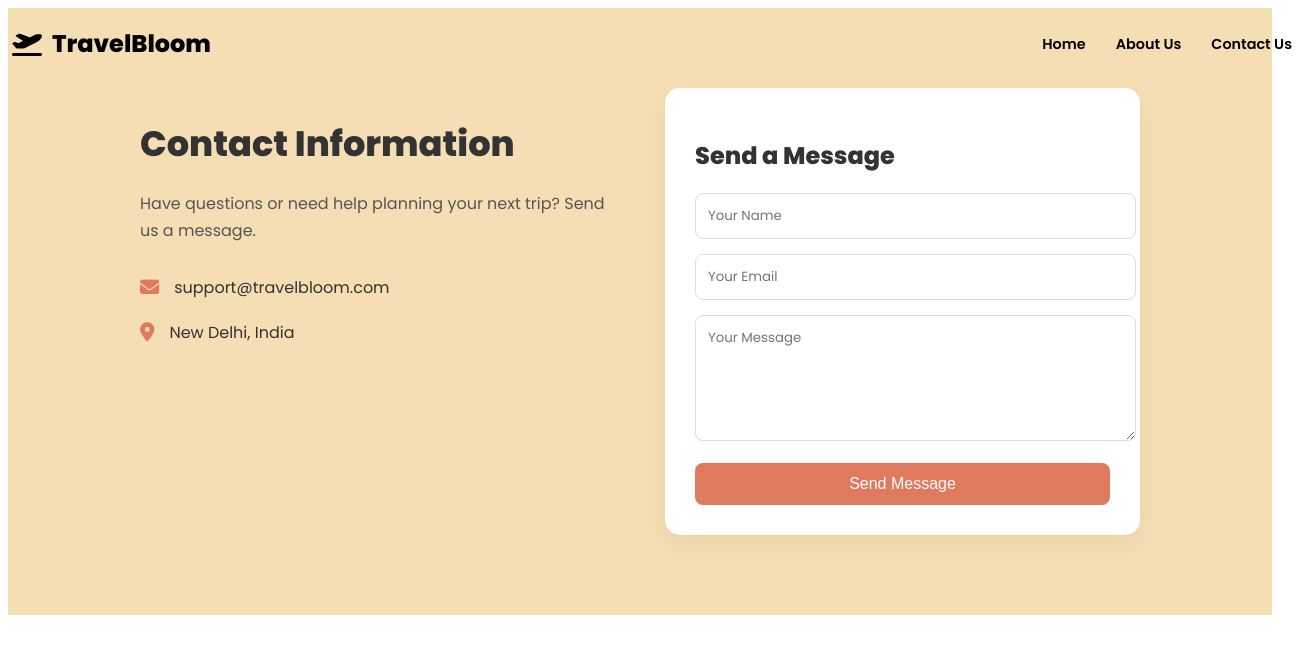
Repository: LatikaAdhikari064/TravelBloom_Project
Page: contact.html
The author's editor kept a copy of each file at every save. The page is drawn from the files as they stood at one save, then again after the next save.
The browser window is 1280 px wide. The page is 1296 px wide, then 1308 px, so the pictures cover 1308 px, including what lies to the right of the window. The pictures show the whole page.

Above is the page before, as saved 2026-01-08 20:54:53.

### contact.html
<!DOCTYPE html>
<html lang="en">
<head>
    <meta charset="UTF-8">
    <meta name="viewport" content="width=device-width, initial-scale=1.0">
    <title>Contact Us - TravelBloom</title>

    <!-- Fonts & Icons -->
    <link href="https://fonts.googleapis.com/css2?family=Poppins:wght@300;400;600;800&display=swap" rel="stylesheet">
    <link rel="stylesheet" href="https://cdnjs.cloudflare.com/ajax/libs/font-awesome/6.4.0/css/all.min.css">

    <!-- CSS -->
    <link rel="stylesheet" href="contact.css">
</head>
<body>

    <nav class="navbar">
        <div class="logo">
            <i class="fas fa-plane-departure"></i> TravelBloom
        </div>
        <ul class="nav-links">
            <li><a href="/">Home</a></li>
            <li><a href="about.html">About Us</a></li>
            <li><a href="contact.html">Contact Us</a></li>
        </ul>
    </nav>
    <!-- CONTACT SECTION -->
    <section class="contact-section">
        <div class="contact-container">

            <!-- INFO -->
            <div class="contact-info">
                <h2>Contact Information</h2>
                <p>Have questions or need help planning your next trip? Send us a message.</p>

                <div class="info-item">
                    <i class="fas fa-envelope"></i>
                    <span>support@travelbloom.com</span>
                </div>

                <div class="info-item">
                    <i class="fas fa-map-marker-alt"></i>
                    <span>New Delhi, India</span>
                </div>
            </div>

            <!-- FORM -->
            <form class="contact-form">
                <h2>Send a Message</h2>

                <input type="text" placeholder="Your Name" required>
                <input type="email" placeholder="Your Email" required>
                <textarea placeholder="Your Message" rows="5" required></textarea>

                <button type="submit">Send Message</button>
            </form>

        </div>
    </section>

</body>
</html>

### contact.css
/* --- CONTACT PAGE STYLES --- */

body {
    font-family: 'Poppins', sans-serif;
}
/* --- Navigation Bar --- */
.navbar {
    position: absolute; /* Sits transparently over the hero image */
    top: 0;
    width: 100%;
    display: flex;
    justify-content: space-between;
    align-items: center;
    padding: 15px 4px;
    z-index: 100; /* Ensures nav is above everything */
    color: rgb(2, 2, 2);
}

.logo {
    font-size: 1.5rem;
    font-weight: 800;
    display: flex;
    align-items: center;
    gap: 10px;
}

.nav-links {
    list-style: none;
    display: flex;
    gap: 30px;
}

.nav-links a {
    text-decoration: none;
    color: rgb(2, 2, 2);
    font-weight: 600;
    font-size: 0.9rem;
    transition: color 0.3s ease;
}

.nav-links a:hover {
    color: #E07A5F; /* Coral accent color */
}

.contact-hero h1 {
    font-size: 3rem;
    font-weight: 800;
}

.contact-hero p {
    font-size: 1.1rem;
    opacity: 0.9;
}

/* SECTION */
.contact-section {
    padding: 80px 20px;
    background:wheat;
}

.contact-container {
    max-width: 1000px;
    margin: auto;
    display: grid;
    grid-template-columns: 1fr 1fr;
    gap: 50px;
}

/* INFO */
.contact-info h2 {
    font-size: 2.2rem;
    margin-bottom: 20px;
    color: #333;
}

.contact-info p {
    color: #555;
    margin-bottom: 30px;
    line-height: 1.7;
}

.info-item {
    display: flex;
    align-items: center;
    gap: 15px;
    margin-bottom: 20px;
    color: #333;
}

.info-item i {
    color: #E07A5F;
    font-size: 1.2rem;
}

/* FORM */
.contact-form {
    background: white;
    padding: 30px;
    border-radius: 15px;
    box-shadow: 0 10px 25px rgba(0,0,0,0.05);
}

.contact-form h2 {
    margin-bottom: 20px;
    color: #333;
}

.contact-form input,
.contact-form textarea {
    width: 100%;
    padding: 12px;
    margin-bottom: 15px;
    border-radius: 8px;
    border: 1px solid #ddd;
    font-family: inherit;
}

.contact-form input:focus,
.contact-form textarea:focus {
    outline: none;
    border-color: #E07A5F;
}

.contact-form button {
    width: 100%;
    padding: 12px;
    background: #E07A5F;
    border: none;
    color: white;
    font-size: 1rem;
    border-radius: 8px;
    cursor: pointer;
    transition: background 0.3s;
}

.contact-form button:hover {
    background: #cf6a52;
}

/* RESPONSIVE */
@media (max-width: 768px) {
    .contact-container {
        grid-template-columns: 1fr;
    }

    .contact-hero h1 {
        font-size: 2.2rem;
    }
}

After the next save:
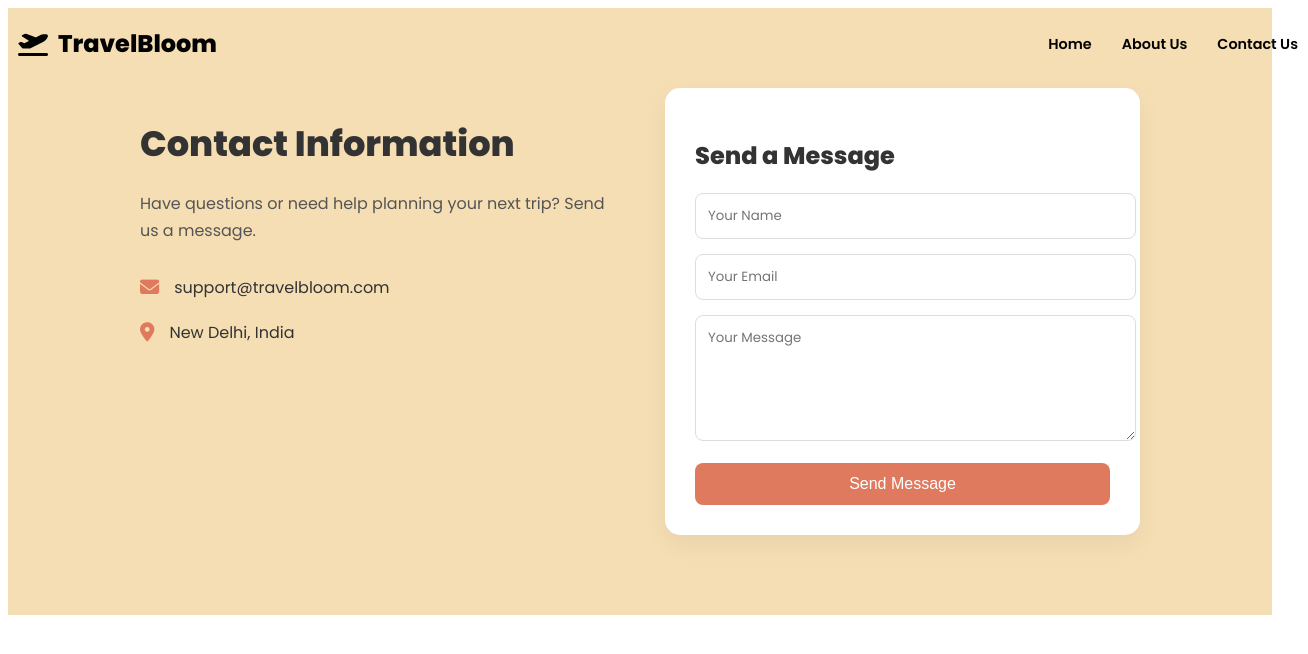
Saved 12 s later.
--- a/contact.css
+++ b/contact.css
@@ -11,7 +11,7 @@ body {
     display: flex;
     justify-content: space-between;
     align-items: center;
-    padding: 15px 4px;
+    padding: 15px 10px;
     z-index: 100; /* Ensures nav is above everything */
     color: rgb(2, 2, 2);
 }
